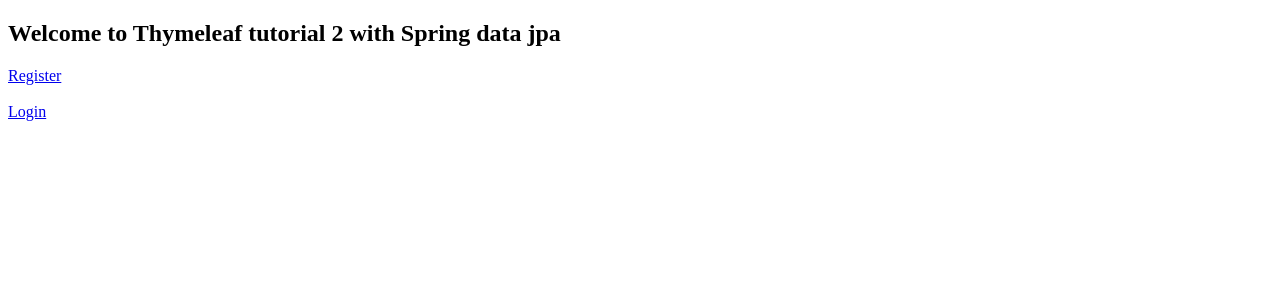
Repository: UtkarshYadav01/SpringBoot
Page: SpringBootRegLoginApp/src/main/resources/static/index.html
These files come from the project's save history. The page is drawn as it stood at one moment and after the next save; the edit follows.
The browser window is 1280 px wide. The pictures show the whole page.

Above is the page before, as saved 2025-02-06 06:42:15.

After the next save:
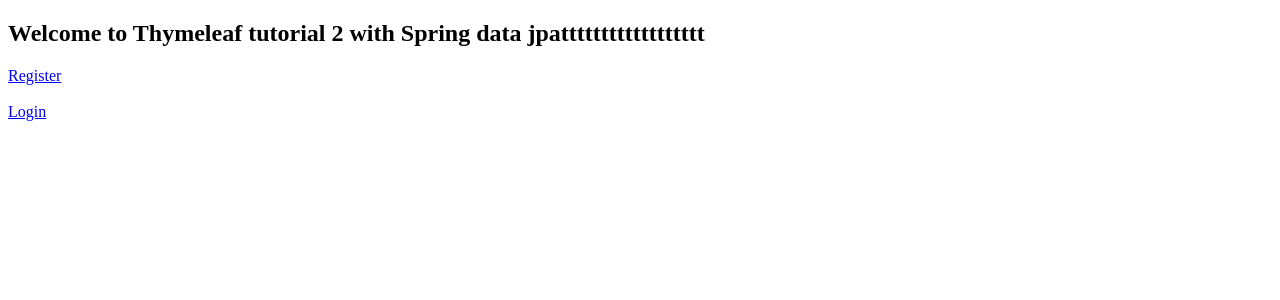
Saved 2 h 55 min later.
--- a/SpringBootRegLoginApp/src/main/resources/static/index.html
+++ b/SpringBootRegLoginApp/src/main/resources/static/index.html
@@ -7,7 +7,7 @@
 </head>
 
 <body>
-	<h2> Welcome to Thymeleaf tutorial 2 with Spring data jpa</h2>
+	<h2> Welcome to Thymeleaf tutorial 2 with Spring data jpatttttttttttttttttt</h2>
 
 	<a href="regPage"> Register </a> <br /><br />
 
